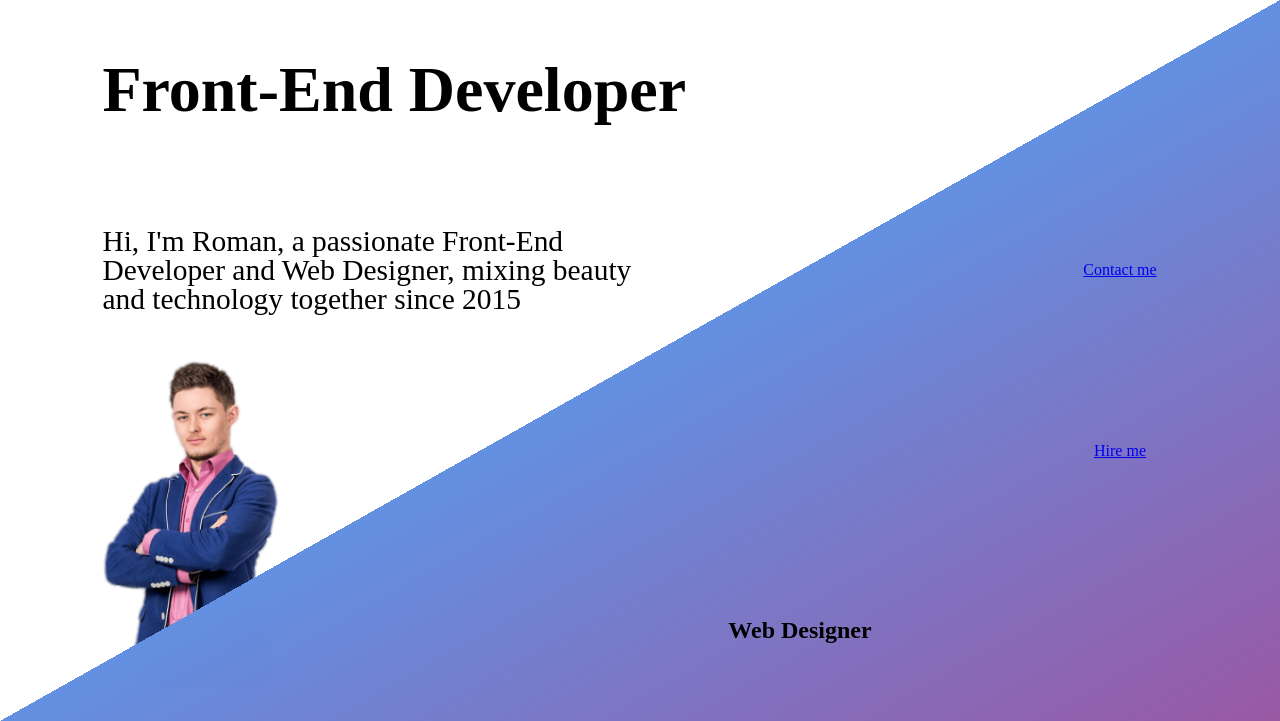
Repository: RShalman/rshalman.github.io
Page: index.html
These files come from the project's save history. The page is drawn as it stood at one moment and after the next save; the edit follows.
The browser window is 1280 px wide. The pictures show the whole page.

Above is the page before, as saved 2018-10-18 18:06:56.

### index.html
<!DOCTYPE html>
<html>
<head>
    <meta charset="utf-8" />
    <meta http-equiv="X-UA-Compatible" content="IE=edge">
    <title>Roman Shalman - Front-End Developer</title>
    <meta name="description" content="I'm Roman Shalman, Front-End Developer and web-designer">
    <meta name="viewport" content="width=device-width, initial-scale=1">
    <link rel="stylesheet" type="text/css" media="screen" href="css/main.css" />
    <script src="js/main.js"></script>
</head>
<body>
    <main>
        <section id="intro">
            <h1 id="title">Front-End Developer</h1>
            <p id="description">Hi, I'm Roman, a passionate Front-End Developer and Web Designer, mixing beauty and technology together since 2015</p>
            <h2 id="second-prof">Web Designer</h2>
            <a id="intro-contact" href="mailto:romanshalman@gmail.com" class="my_btn">Contact me</a>
            <a id="intro-hire" href="#contacts" class="my_btn">Hire me</a>
        </section>
    </main>
</body>
</html>

### css/main.css



/* ----------------------- GENERAL SETTINGS ----------------------- */
:root {
    --main-bg-gradient: linear-gradient(to right, rgba(99,144,225,1),rgba(148,79,159,.95));
}

body, main {
    margin: 0;
}

section {
    min-height: 100vh;
}


/* ----------------------- INTRO SECTION ----------------------- */
/* Settings for intro section container */
#intro {
    background: linear-gradient(to right bottom,transparent 50%, rgba(99,144,225,1) 0%,rgba(148,79,159,.95)), url("../img/shalman-photo.png") 8vw 50vh/25vh no-repeat;
    display: grid;
    align-items: center;
    justify-items: center;
    grid-template-columns: repeat(4, 1fr);
    grid-template-rows: repeat(4, 1fr);
    grid-template-areas:
      "title title title ."
      "description description . intro-contact"
      ". . . intro-hire"
      ". second-prof second-prof second-prof";
}

#title {
    grid-area: title;
    justify-self: stretch;
    font-size: 5vw;
    margin-left: 8vw;
}

#description {
    grid-area: description;
    font-size: 2.3vw;
    line-height: 4vh;
    margin-left: 8vw;
}

#second-prof {
    grid-area: second-prof;
}

#intro-contact {
    grid-area: intro-contact;
}

#intro-hire {
    grid-area: intro-hire;
}

Loaded but not shown: js/main.js (no stored copy; drawn as an empty file)

After the next save:
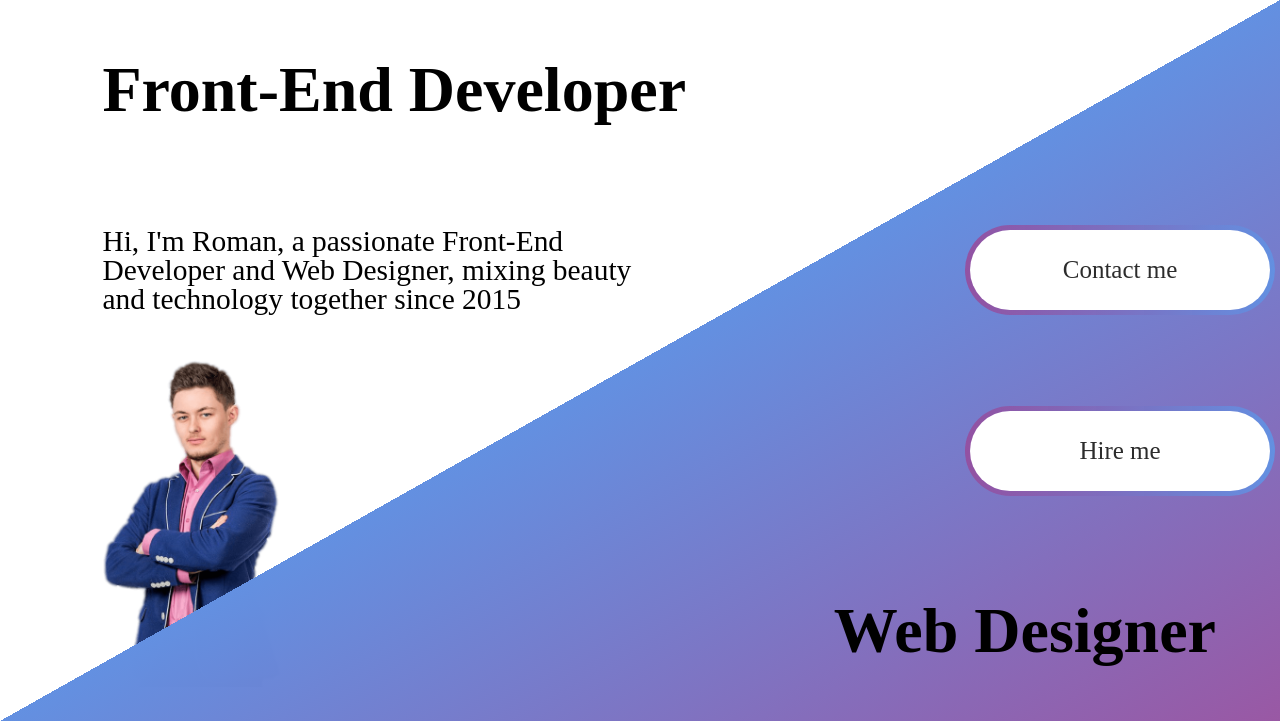
Saved 27 min 51 s later.
--- a/css/main.css
+++ b/css/main.css
@@ -47,6 +47,9 @@ section {
 
 #second-prof {
     grid-area: second-prof;
+    font-size: 5vw;
+    justify-self: right;
+    margin-right: 5vw;
 }
 
 #intro-contact {
@@ -56,3 +59,19 @@ section {
 #intro-hire {
     grid-area: intro-hire;
 }
+
+.my_btn {
+    width: 300px;
+    height: 80px;
+    line-height: 80px;
+    text-align: center;
+    font-size: 25px;
+    padding: 5px;
+    border: 0px transparent;
+    border-radius: 50px;
+    background-image: linear-gradient(white, white), linear-gradient(to left, rgba(99,144,225,1),rgba(148,79,159,.95));
+    background-origin: border-box;
+    background-clip: content-box, border-box;
+    text-decoration: none;
+    color: rgba(44, 44, 44, 1);
+}
